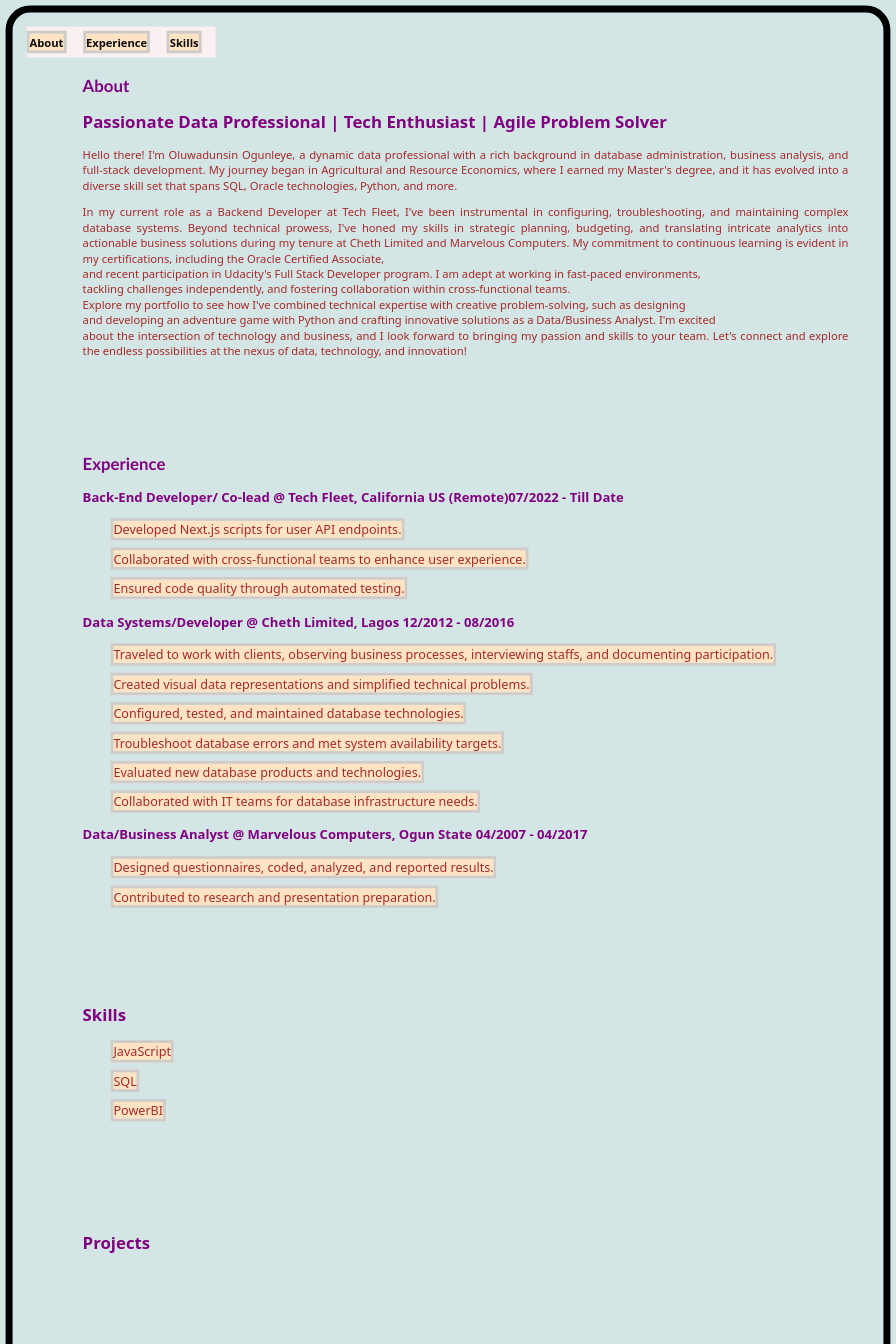
Repository: aloroduns/intro-to-programming-2023
Page: index.html
An editor plug-in stored every save of this project. The page is shown before and after a run of saves, followed by the edit.
The browser window is 1280 px wide. The pictures show the part of the page from y = 0 to 1920 px (the page is 2711 px tall), at 70% of full size.
The page's requests for data from a server got no answer.

Above is the page before, as saved 2024-01-23 12:15:31.

After the next 2 saves:
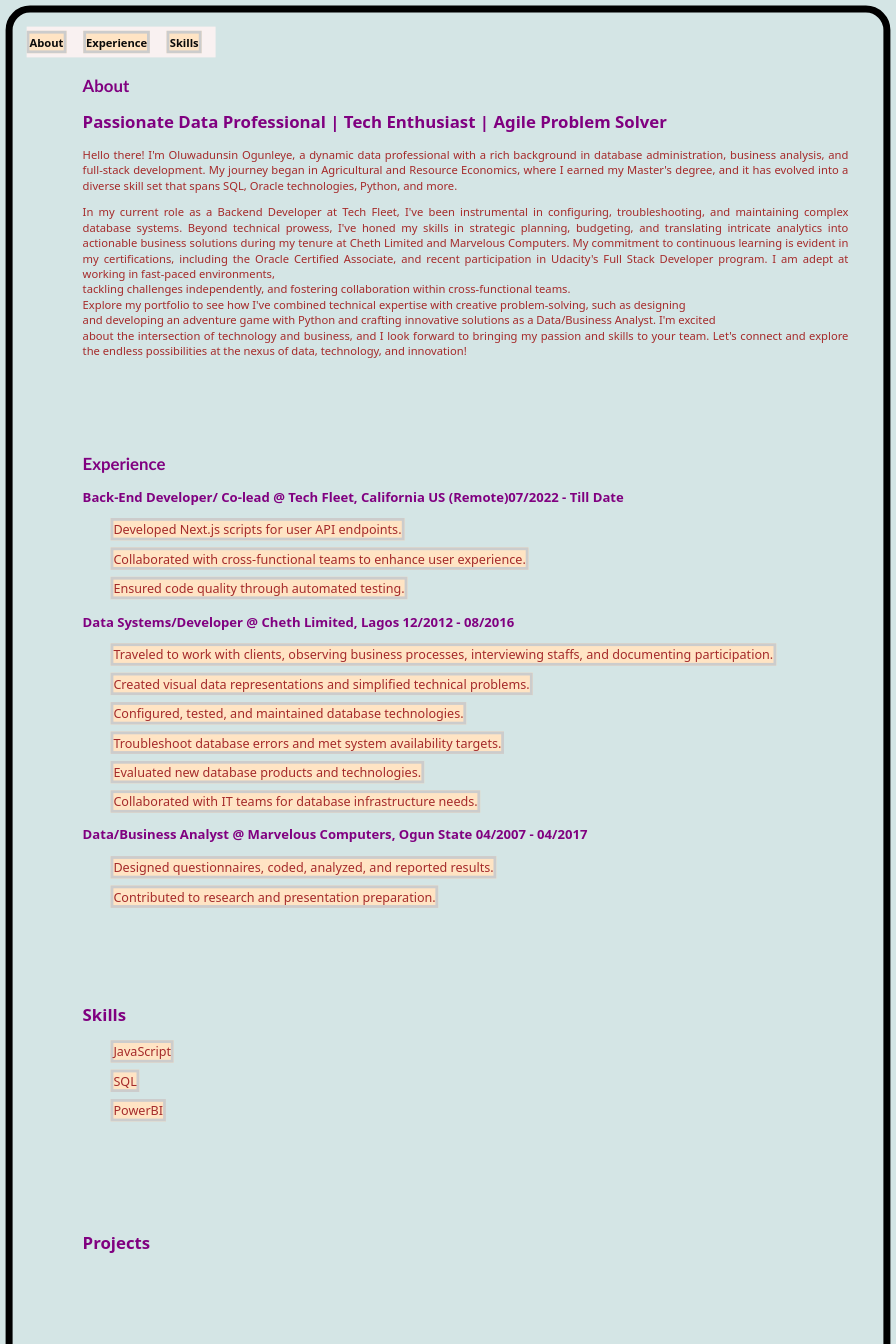
The 2 saves are shown as one change because they came seconds apart.
The last was saved 7 s later.
--- a/index.html
+++ b/index.html
@@ -34,7 +34,7 @@
             in strategic planning, budgeting, and translating intricate analytics into actionable business solutions
             during my tenure at Cheth Limited and Marvelous Computers.
 
-            My commitment to continuous learning is evident in my certifications, including the Oracle Certified Associate,<br>
+            My commitment to continuous learning is evident in my certifications, including the Oracle Certified Associate,
             and recent participation in Udacity's Full Stack Developer program. I am adept at working in fast-paced environments,<br>
             tackling challenges independently, and fostering collaboration within cross-functional teams.<br>
 
